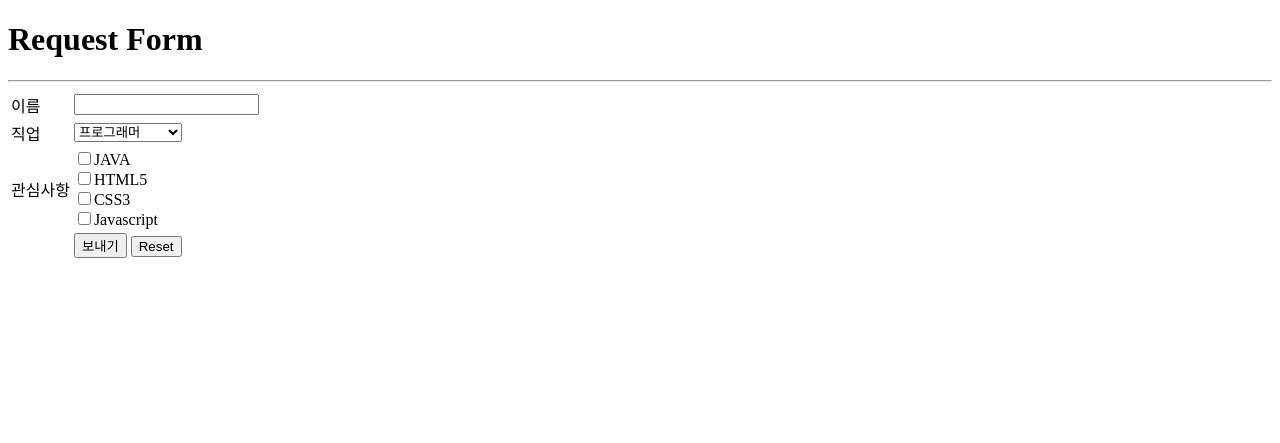
Repository: 2hundred2ne2/bit
Page: http://localhost/First_Web/work/requestForm.jsp
These files come from the project's save history. The page is drawn as it stood at one moment and after the next save; the edit follows.
The browser window is 1280 px wide. The pictures show the whole page.
The page is served by Tomcat 9.

Above is the page before, as saved 2020-12-17 08:38:45.

After the next save:
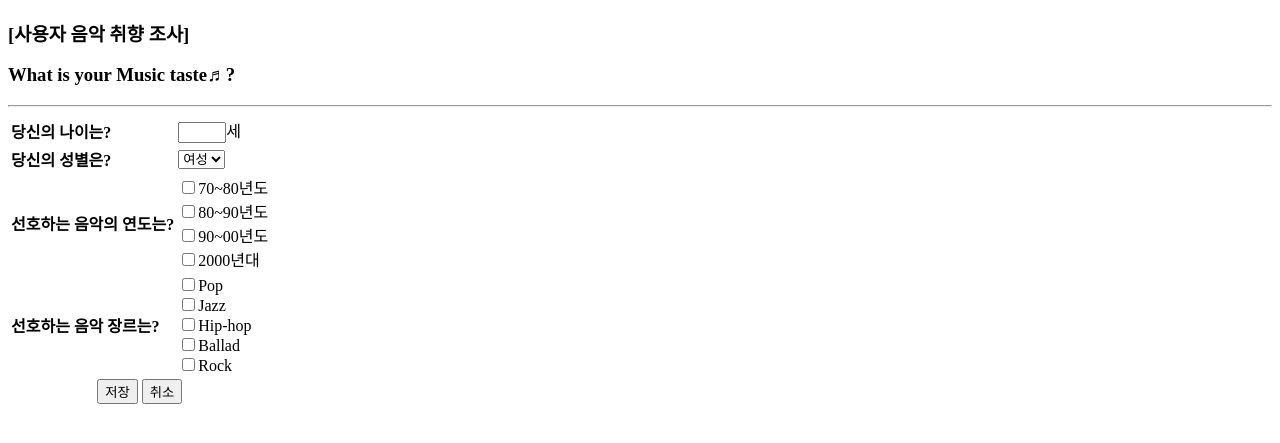
Saved 7 min 31 s later.
--- a/JSP_PROJECT/First_Web/WebContent/work/requestForm.jsp
+++ b/JSP_PROJECT/First_Web/WebContent/work/requestForm.jsp
@@ -1,48 +1,69 @@
 <%@ page language="java" contentType="text/html; charset=UTF-8"
-    pageEncoding="UTF-8"%>
+	pageEncoding="UTF-8"%>
 <!DOCTYPE html>
 <html>
 <head>
 <meta charset="UTF-8">
 <title>Request Form</title>
+
+<style>
+.question {
+	font-weight: bold;
+}
+.sub{
+ text-align: center;
+}
+</style>
 </head>
 <body>
-
-	<h1>Request Form</h1>
+    <h3>[사용자 음악 취향 조사]</h3>
+	<h3> What is your Music taste♬?</h3>
 	<hr>
 
-	<!-- <form action="requestResult.jsp" method="get"> -->
-	<form action="result.jsp" method="get">
+	<form action="requestResult.jsp">
 		<table>
 			<tr>
-				<td>이름</td>
-				<td><input type="text" name="userName" id="userName"> </td>
+				<td class="question">당신의 나이는?<br></td>
+				<td><input type="text" name="age"
+					style="width: 40px;">세</td>
 			</tr>
 			<tr>
-				<td>직업</td>
+				<td class="question">당신의 성별은?</td>
 				<td>
-					<select name="job">
-						<option value="프로그래머">프로그래머</option>
-						<option value="디자이너">디자이너</option>
-						<option value="시스템엔지니어">시스템엔지니어</option>
+				<select name="sex">
+					<option value="female">여성</option>
+					<option value="male">남성</option>
 					</select>
 				</td>
 			</tr>
 			<tr>
-				<td>관심사항</td>
+				<td class="question">선호하는 음악의 연도는?</td>
 				<td>
-					<input type="checkbox" name="interest" value="JAVA">JAVA <br>
-					<input type="checkbox" name="interest" value="HTML5">HTML5 <br>
-					<input type="checkbox" name="interest" value="CSS3">CSS3 <br>
-					<input type="checkbox" name="interest" value="Javascript">Javascript
+				<input type="checkbox" name="year" value="70~80년도">70~80년도<br>
+				<input type="checkbox" name="year" value="80~90년도">80~90년도<br>
+				<input type="checkbox" name="year" value="90~00년도">90~00년도<br>
+				<input type="checkbox" name="year" value="2000년대">2000년대
 				</td>
 			</tr>
 			<tr>
-				<td></td>
-				<td><input type="submit" value="보내기"> <input type="reset"> </td>
+				<td class="question">선호하는 음악 장르는?</td>
+				<td>
+				<input type="checkbox" name="genre" value="Pop">Pop<br>
+				<input type="checkbox" name="genre" value="Jazz">Jazz<br>
+				<input type="checkbox" name="genre" value="Hip-hop">Hip-hop<br>
+				<input type="checkbox" name="genre" value="Ballad">Ballad<br>
+				<input type="checkbox" name="genre" value="Rock">Rock
+				</td>
+			</tr>
+			<tr>
+			<td colspan="2" class="sub">
+			<input type="submit" value="저장">
+			<input type="reset" value="취소">
+			</td>
+			<td></td>
 			</tr>
 		</table>
+
 	</form>
-
 </body>
 </html>
